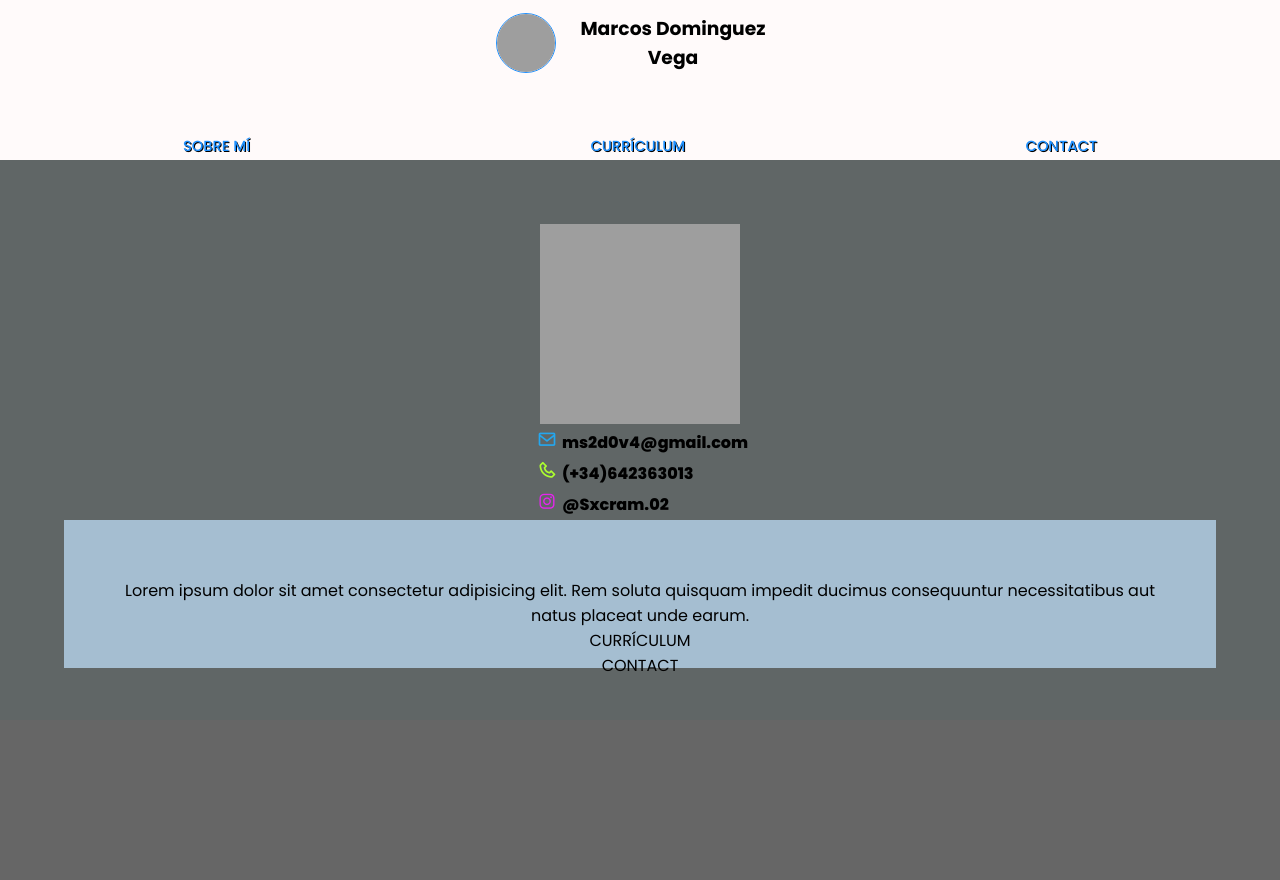
Repository: Sxcram02/Portfoliov.2
Page: index.html
These files come from the project's save history. The page is drawn as it stood at one moment and after the next save; the edit follows.
The browser window is 1280 px wide. The pictures show the whole page.
Pictures or frames that could not be fetched are drawn as grey boxes.

Above is the page before, as saved 2023-04-11 00:29:30.

After the next save:
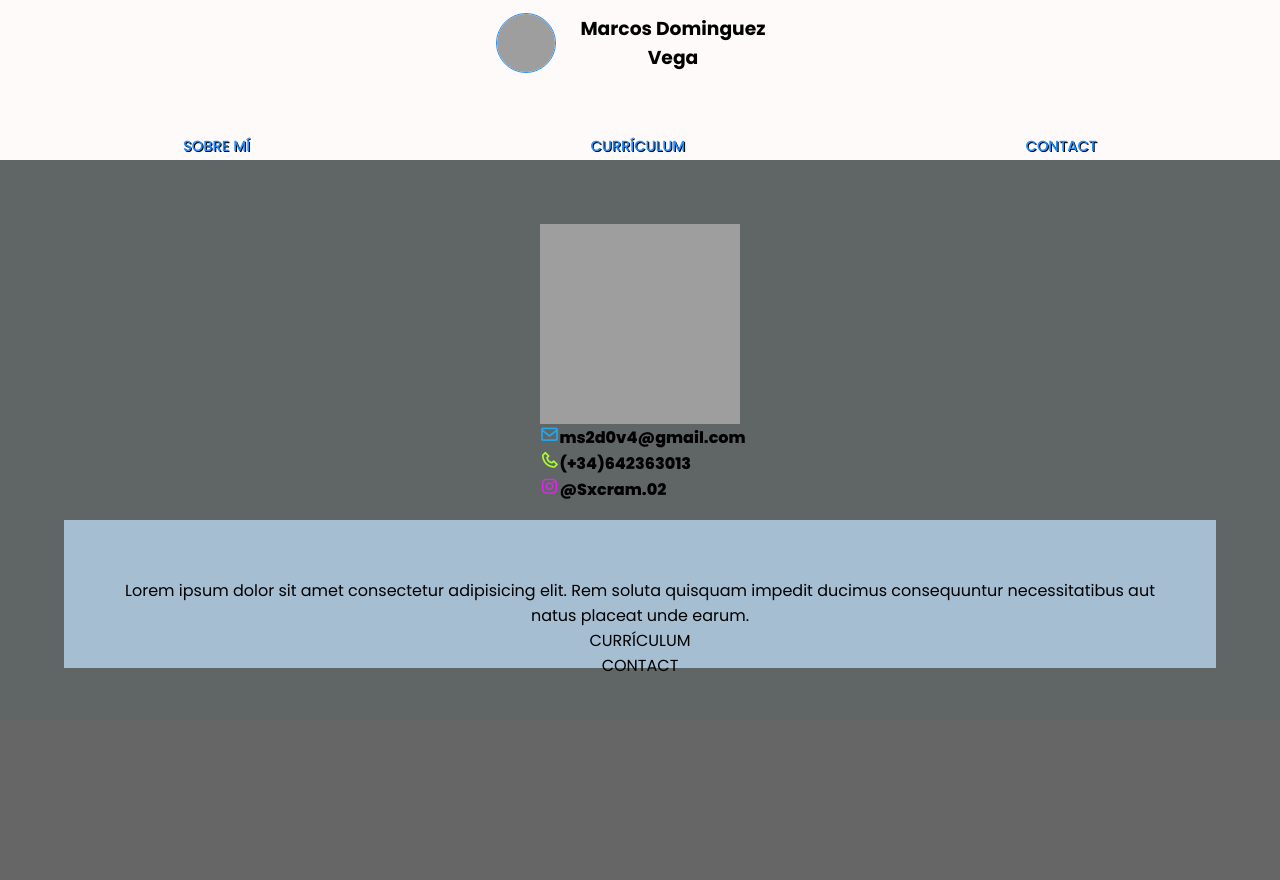
Saved 5 s later.
--- a/css/style.css
+++ b/css/style.css
@@ -97,7 +97,7 @@ main {
 }
 
 i {
-    margin: 5px;
+    margin-left: 5px;
 }
 .info {
     height: 50%;
